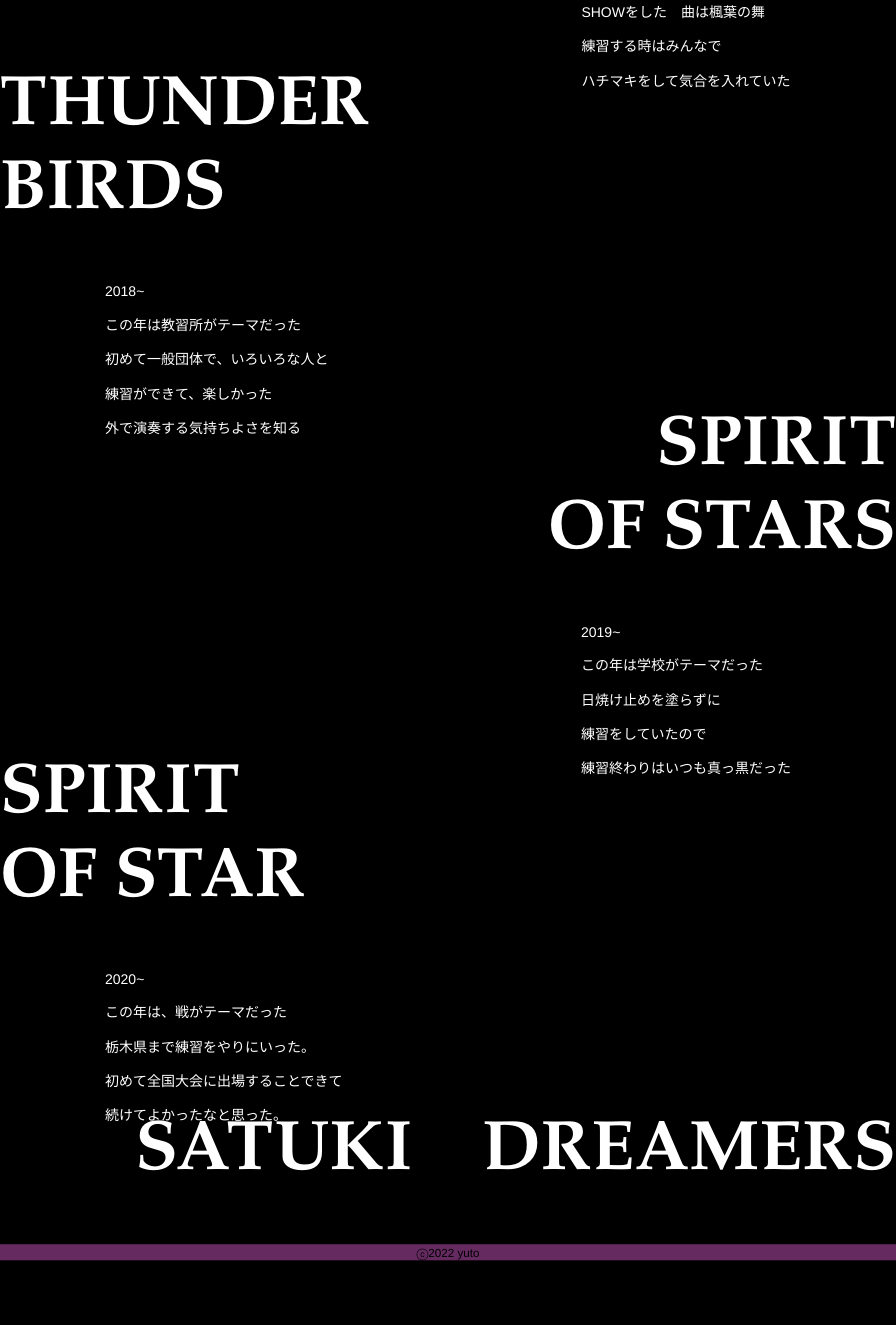
Repository: yutosoma/profile
Page: yuto/marching.html
The author's editor kept a record of every edit. The page is drawn from the files as they stood at one moment, then again after the next edit.
The browser window is 1280 px wide. The pictures show the part of the page from y = 1939 to 3859 px (the page is 3832 px tall before and 3859 px after), at 70% of full size.

Above is the page before.
Console error: TypeError: Cannot read properties of null (reading 'addEventListener')

### yuto/marching.html
<!DOCTYPE html>
<html lang="en">
<head>
    <meta charset="UTF-8">
    <link rel="stylesheet" href="marching.css">
    <meta name="viewport" content="width=device-width, initial-scale=1.0">
    <meta http-equiv="X-UA-Compatible" content="ie=edge">
    <title>マーチング</title>
</head>

<body>
    <h1>MARCHING HISTORY</h1>
    <div class ="top-container-left">
         <P><img src="image/mar1.png" class= "mar1"></P>
         <div class="explanation-left">
           <p>~2015~</p>
           <p>この年の曲はSMAPのメドレー</p>
           <P>曲中にダンスを取り入れたりして</P>
           <P>見ても楽しい、やっていても楽しい</P>
           <p>SHOWにすることができた</p>

         </div>
   </div>
   <h3 class="left">THUNDER<span class="br"></span> BIRDS</h3>
    <div class ="top-container-right">
         <div class="explanation-right">
          <P>2016~</P>
          <P>この年は桜メドレー</P>
          <P>傘など使った演出が好きだった</P>
          <P>一年やって少しは上手くなったと</P>
          <p>感じる瞬間が増えた</p>
         </div>
         <P><img src="image/mar2.png" class= "mar2"></P>
   </div>
   <h3 class="right">THUNDER<span class="br"></span> BIRDS</h3>
    <div class ="top-container-left">
         <P><img src="image/mar3.png" class= "mar3"></P>
         <div class="explanation-left">
           <P>2017~</P>
           <P>今年は吹奏楽の曲をアレンジして</P>
           <P>SHOWをした　曲は楓葉の舞</P>
           <P>練習する時はみんなで</P>
           <P>ハチマキをして気合を入れていた</P>
         </div>
   </div>
   <h3 class="left">THUNDER<span class="br"></span> BIRDS</h3>
    <div class ="top-container-right">
         <div class="explanation-right">
          <P>2018~</P>
          <P>この年は教習所がテーマだった</P>
          <P>初めて一般団体で、いろいろな人と</P>
          <P>練習ができて、楽しかった</P>
          <p>外で演奏する気持ちよさを知る</p>
         </div>
         <P><img src="image/mar4.png" class= "mar4"></P>
    </div>
   <h3 class="right">SPIRIT<span class="br"></span>OF STARS</h3>

    <div class ="top-container-left">
         <P><img src="image/mar5.png" class= "mar5"></P>
         <div class="explanation-left">
           <P>2019~</P>
           <P>この年は学校がテーマだった</P>
           <P>日焼け止めを塗らずに</P>
           <P>練習をしていたので</P>
           <P>練習終わりはいつも真っ黒だった</P>
         </div>
   </div>
   <h3 class="left">SPIRIT<span class="br"></span> OF STAR</h3>
   <div class ="top-container-right">
         <div class="explanation-right">
          <P>2020~</P>
          <P>この年は、戦がテーマだった</P>
          <P>栃木県まで練習をやりにいった。</P>
          <P>初めて全国大会に出場することできて</P>
          <p>続けてよかったなと思った。</p>
         </div>
         <P><img src="image/mar6.png" class= "mar6"></P>
    </div>
    <h3 class="right">SATUKI　DREAMERS</h3>

    <script src="marching.js"></script>

   <footer>
        <small>ⓒ2022 yuto<small>
    </footer>

</body>
</html>

### yuto/marching.css
body{
 margin:0;
 background-color: black;
 font-family: 'Avenir','Helvetica Neue','Helvetica','Arial','Hiragino Sans','ヒラギノ角ゴシック',YuGothic,'Yu Gothic','メイリオ', Meiryo,'ＭＳ Ｐゴシック','MS PGothic'
}
.top-container-right {
display: flex;
margin-bottom: 200px;
text-align: right;
}
.top-container-left {
display: flex;
margin-bottom: 200px;
}
.mar1, .mar2, .mar3, .mar4, .mar5, .mar6 {
  padding: 10px;
  width: 50%;
  opacity: 0;
  transition-duration: 0.8s;
}
h1 {
    color: white;
    font-size: 190px;
    text-align: center;
    animation: blink-fast .3s linear infinite;
    font-family:"Book Antiqua";
    margin-bottom: 250px;
}
@keyframes blink-fast {
  0% {
    opacity: 0;
  }
  10% {
    opacity: 1;
  }
}


h3 {
  position: relative;
  bottom: 530px;
  font-size: 130px;
  text-align: center;
  margin-bottom: -420px;
  color: white;
  font-family:"Book Antiqua";
}
.explanation-left {
    color: white;
    position: relative;
    right:150px;
    top:10px;
    font-size: 20px;
    white-space: nowrap;

}
.explanation-right {
    color: white;
    position: relative;
    left:150px;
    top:10px;
    font-size: 20px;
    white-space: nowrap;
    text-align: left;
}
footer {
    margin-top: 30px;
    background-color:#652a60;
    font-color: black;
    font-size: 20px;
    text-align: center;
}

.is-scrollIn {
      opacity: 1;
      transform: translate(0, -100px);
    }

@media screen and (max-width: 1327px) {
  .left {
  position: relative;
  bottom: 530px;
  font-size: 100px;
  text-align: left;
  margin-bottom: -490px;
  color: white;
  font-family:"Book Antiqua";
}
.right {
  position: relative;
  bottom: 530px;
  font-size: 100px;
  text-align: right;
  margin-bottom: -490px;
  color: white;
  font-family:"Book Antiqua";
}
.br::after {
    content: "\A";
    white-space: pre;
}

}

### yuto/marching.js
const FADEIN_ELEM1 = document.getElementById('fadein1');

window.addEventListener('scroll', () => {
    const FADEIN_ELEM_TOP = FADEIN_ELEM1.getBoundingClientRect().top;
    const WINDOW_HEIGHT = window.innerHeight;
    if (WINDOW_HEIGHT > (FADEIN_ELEM_TOP + 200)) {
        FADEIN_ELEM1.classList.add('fadein-after');
    }else{
        FADEIN_ELEM1.classList.remove('fadein-after');
    }
});
/*---------------------------------------------------------*/
const FADEIN_ELEM2 = document.getElementById('fadein2');

window.addEventListener('scroll', () => {
    const FADEIN_ELEM_TOP = FADEIN_ELEM2.getBoundingClientRect().top;
    const WINDOW_HEIGHT = window.innerHeight;
    if (WINDOW_HEIGHT > (FADEIN_ELEM_TOP + 200)) {
        FADEIN_ELEM2.classList.add('fadein-after');
    }else{
        FADEIN_ELEM2.classList.remove('fadein-after');
    }
});
/*---------------------------------------------------------*/
const FADEIN_ELEM3 = document.getElementById('fadein3');

window.addEventListener('scroll', () => {
    const FADEIN_ELEM_TOP = FADEIN_ELEM3.getBoundingClientRect().top;
    const WINDOW_HEIGHT = window.innerHeight;
    if (WINDOW_HEIGHT > (FADEIN_ELEM_TOP + 200)) {
        FADEIN_ELEM3.classList.add('fadein-after');
    }else{
        FADEIN_ELEM3.classList.remove('fadein-after');
    }
});
/*---------------------------------------------------------*/
const FADEIN_ELEM4 = document.getElementById('fadein4');

window.addEventListener('scroll', () => {
    const FADEIN_ELEM_TOP = FADEIN_ELEM4.getBoundingClientRect().top;
    const WINDOW_HEIGHT = window.innerHeight;
    if (WINDOW_HEIGHT > (FADEIN_ELEM_TOP + 200)) {
        FADEIN_ELEM4.classList.add('fadein-after');
    }else{
        FADEIN_ELEM4.classList.remove('fadein-after');
    }
});
/*---------------------------------------------------------*/
const FADEIN_ELEM5 = document.getElementById('fadein5');

window.addEventListener('scroll', () => {
    const FADEIN_ELEM_TOP = FADEIN_ELEM5.getBoundingClientRect().top;
    const WINDOW_HEIGHT = window.innerHeight;
    if (WINDOW_HEIGHT > (FADEIN_ELEM_TOP + 200)) {
        FADEIN_ELEM5.classList.add('fadein-after');
    }else{
        FADEIN_ELEM5.classList.remove('fadein-after');
    }
});
/*---------------------------------------------------------*/
const FADEIN_ELEM6 = document.getElementById('fadein6');

window.addEventListener('scroll', () => {
    const FADEIN_ELEM_TOP = FADEIN_ELEM6.getBoundingClientRect().top;
    const WINDOW_HEIGHT = window.innerHeight;
    if (WINDOW_HEIGHT > (FADEIN_ELEM_TOP + 200)) {
        FADEIN_ELEM6.classList.add('fadein-after');
    }else{
        FADEIN_ELEM6.classList.remove('fadein-after');
    }
});
/*---------------------------------------------------------*/
const scroll_to_top_btn = document.querySelector('#scroll-to-top-btn');
scroll_to_top_btn.addEventListener( 'click' , scroll_to_top );

function scroll_to_top(){
	window.scroll({top: 0, behavior: 'smooth'});
};

window.addEventListener( 'scroll' , scroll_event );

function scroll_event(){

	if(window.pageYOffset > 400){
		scroll_to_top_btn.style.opacity = '1';
	}else	if(window.pageYOffset < 400){
		scroll_to_top_btn.style.opacity = '0';
	}

};

After the next edit:
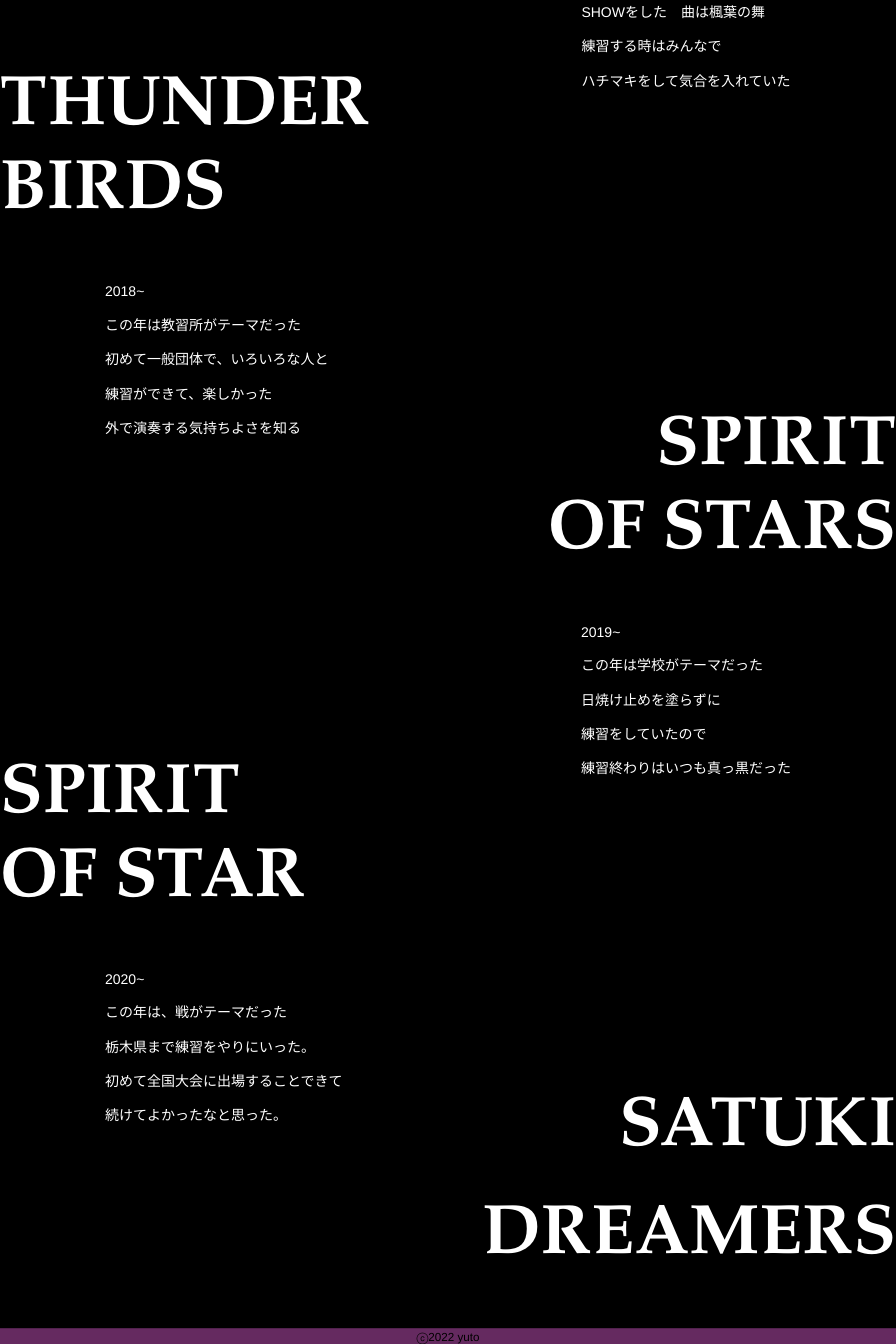
The edit:
--- a/yuto/marching.html
+++ b/yuto/marching.html
@@ -77,7 +77,7 @@
          </div>
          <P><img src="image/mar6.png" class= "mar6"></P>
     </div>
-    <h3 class="right">SATUKI　DREAMERS</h3>
+    <h3 class="right">SATUKI<span class="br"></span>　DREAMERS</h3>
 
     <script src="marching.js"></script>
 
